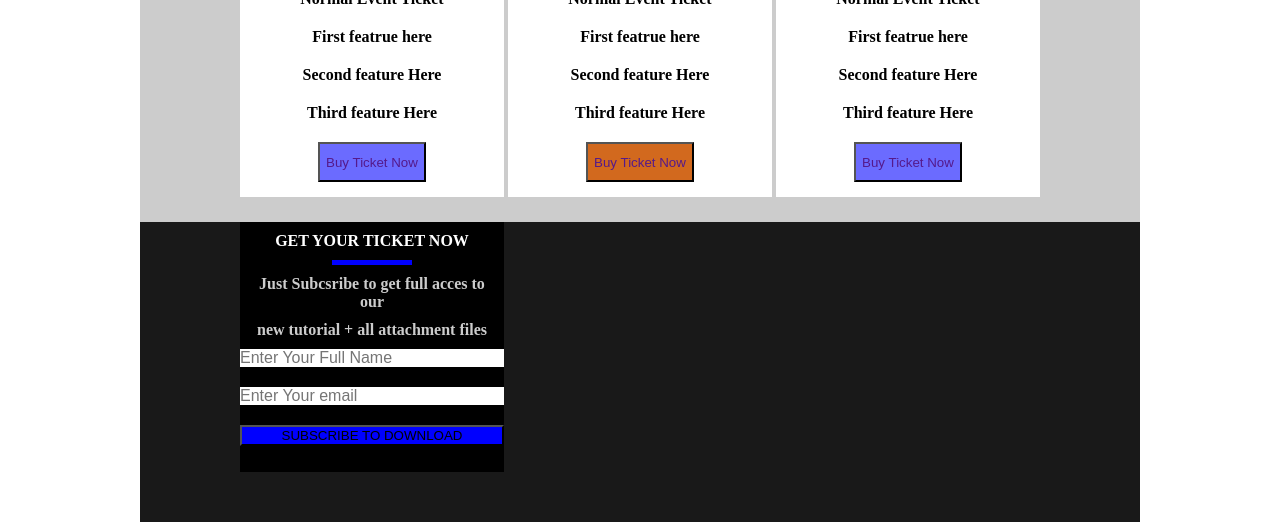
Repository: duyancol/project-ltw-nhom13
Page: page b/index.html
An editor plug-in stored every save of this project. The page is shown before and after the next save, followed by the edit.
The browser window is 1280 px wide. The pictures show the part of the page from y = 1038 to 1560 px (the page is 1560 px tall).
A picture or video elsewhere on the page could not be fetched, so the positions and the page height are approximate. Some web fonts or font styles are not loaded; a fallback is used.

Above is the page before, as saved 2021-10-18 11:36:43.

### page b/index.html
<!DOCTYPE html>
<html lang="en">
<head>
    <meta charset="utf-8">
    <title></title>
    <link rel="stylesheet" href="./fonts/themify-icons-font/themify-icons/themify-icons.css">
    <link rel="shortcut icon" href="images/favicon.ico">
    <link rel="apple-touch-icon" href="images/apple-touch-icon.png">
    <link rel="apple-touch-icon" sizes="72x72" href="images/apple-touch-icon-72x72.png">
    <link rel="apple-touch-icon" sizes="114x114" href="images/apple-touch-icon-114x114.png">
    <link rel="stylesheet" href="./style.css">
</head>
<body>
    <div class="body">
        <div class="main">
            <div class="headernavigation flex">

               <div class="headerimage"><img src="./images/main/logo.png" alt="" class="logo"></div>
               <div class="buttonimage flex">
                   <div class="buyticket">Buy tikcket</div>
               </div>
            </div>

        </div>
    </div>
    <div class="navigation flex">
        <ul>
            <li>Home</li>
            <li> word</li>
            <li>Blog</li>
            <li>Contact</li>
        </ul>
        <ul>
            <li class="icon"><i class="ti-facebook"></i></li>
            <li class="icon"><i class="ti-twitter"></i></li>
            <li class="icon"><i class="ti-instagram"></i></li>
        </ul>
    </div>
<div class="body bodyheightimage"><div class="bagroundimage">
    <div class="textback">
        <h3>Thumbel lable</h3>
        <p> du it none right here  because member always look for you</p>
    </div>

</div></div>
<div class="body1">
    <div class="main">
       <div class="family flex">
           <div class="imagefamily">
               <img src="./images/13_gym/1.jpg" alt="">
               <h4>Welcome to gym</h4>
               <p>you need to read for me</p>
               <p> because i dont want to sad for you</p>
               <button>
                   <a href="">Join Now</a>
               </button>
           </div>
           <div class="imagefamily">
            <img src="./images/13_gym/2.jpg" alt="">
            <h4>Welcome to gym</h4>
            <p>you need to read for me</p>
            <p> because i dont want to sad for you</p>
            <button>
                <a href="">Join Now</a>
            </button>
        </div>  <div class="imagefamily">
            <img src="./images/13_gym/3.jpg" alt="">
            <h4>Welcome to gym</h4>
            <p>you need to read for me</p>
            <p> because i dont want to sad for you</p>
            <button>
                <a href="">Join Now</a>
            </button>
        </div>
       </div>
    </div>
</div>
<div class="body2 bagrondbody ">
    <div class="main flex">
        <div class="thue">
            <h1>$9.99</h1>
            <h4>Normal Event Ticket</h4>
            <h4> First featrue here</h4>
            <h4> Second feature Here</h4>
            <h4> Third feature Here</h4>
            <button class="xanh"><a href="">Buy Ticket Now</a></button>
        </div>
        <div class="thue">
            <h1 class="cam1" >$14.99</h1>
            <h4>Normal Event Ticket</h4>
            <h4> First featrue here</h4>
            <h4> Second feature Here</h4>
            <h4> Third feature Here</h4>
            <button class="xanh cam"><a href="">Buy Ticket Now</a></button>
        </div><div class="thue">
            <h1>$24.99</h1>
            <h4>Normal Event Ticket</h4>
            <h4> First featrue here</h4>
            <h4> Second feature Here</h4>
            <h4> Third feature Here</h4>
            <button class="xanh"><a href="">Buy Ticket Now</a></button>
        </div>
    </div>
</div>
<div class="body2 bodyfooter">
    <div class="main">
<div class="ticket">
    <h1> GET YOUR TICKET NOW</h1>
    <div class="THEXANH"></div>
    <H3>Just Subcsribe to get full acces to our</H3>
    <H3>new tutorial + all attachment files</H3>
    <input type="text" name="" id="" placeholder="Enter Your Full Name">
    <input type="text" name="" id="" placeholder="Enter Your email">
    <button> SUBSCRIBE TO DOWNLOAD</button>

</div>
    </div>
</div>
</body>
</html>

### page b/style.css
html, input,body, div, span, applet, object, iframe,h1, h2, h3, h4, h5, h6, p{
    margin: 0;
    padding: 0;
    border: 0;
    font-size: 100%;
  }

  ol, ul,a{
    list-style: none;
  }
  li{
    display: inline-block;
  }
  .main{
    width: 800px;
    margin: auto;
    position: relative;
  }
  .body{
    width: 1000px;
    margin: auto;
    background-color: #ccc;
  }
  .flex{
    display: flex;
    justify-content: space-between;
    align-items:center;
  }
  .headernavigation{
  width:  80%;
  margin: auto;

  background-color: #ccc;
  height: 100px;

  }
  .headerimage{

  }
  .headerimage .logo{

  }
  .headernavigation .buttonimage {
    width: 12%;
    height: 40px;
    background-color: #e5ff004e;

}



  .buttonimage .buyticket{

  }
  .navigation{

    height: 40px;
    background-color: white;
    width: 705px;
    margin: auto auto 20px auto;
  }
  .navigation li{
    padding: 10px;
  }
  .navigation .icon{
    background: #00658b;
  }
  .bodyheightimage{
    position: relative;
    height: 300px;
  }
  .bodyheightimage .bagroundimage{
    background-image: url(./images/main/image-1.jpg);

    height: 80%;
    width: 83%;
    top: 30px;
    left: 86px;
    /* right: 191px; */
    position: absolute;
    background-size: cover;
  }
  .bagroundimage .textback{
    position: absolute;
    bottom: 18px;
    font-weight: 100;
    color: white;
  }
  .body1{
    width: 1000px;
    margin: auto;
    height: 500px;

  }
  .imagefamily{
    width: 33%;
    margin-top: 10%;
    text-align: center;
  }
  .imagefamily img{
    border-radius: 100px;
  }
  .imagefamily h4{
margin: 30px;
  }
  .imagefamily p{

padding-bottom: 10px;
  }
  .imagefamily button{
    background-color: orangered;
    margin-left: 35px;
    height: 40px;
  }
  button a{
    list-style: none;
    text-decoration: none;
  }
  .bagrondbody{
    background-color: #ccc;
  }
  .body2{
    width: 1000px;
    margin: auto;
    height: 300px;

  }
  .main .thue{
background-color: white;
 width: 33%;
 margin-top: 20px;
 height: 255px;
 text-align: center;
  }
  .thue h1{
margin-bottom: 20px;
color:#0000ff94 ;
padding-top: 10px;
  }
  .thue .cam1{
    color: chocolate!important;
  }
  .thue h4{
 margin-bottom: 20px;
  }
  .thue .xanh{
height: 40px;
background-color:  #0000ff94;
  }
  .thue .cam{
    background-color: chocolate!important;
  }
  .bodyfooter{
    background-color:#191919;
  }
  .main .ticket{
    position: absolute;
    width: 33%;
    background-color: black;
 height: 250px;
 text-align: center;
 margin: auto;
  }
  .ticket h1{
color: white;
margin: 10px;
  }
  .ticket h3{
color: #ccc;
margin: 10px;
  }
  .ticket input{
width: 100%;
margin-bottom: 20px;
  }
  .ticket button{
width: 100%;
background-color: blue;
  }
  .ticket .THEXANH{
    background-color: blue;
    height: 5px;
    width: 80px;
    margin: auto;
  }

Loaded but not shown: page b/fonts/themify-icons-font/themify-icons/themify-icons.css (common file)

After the next save:
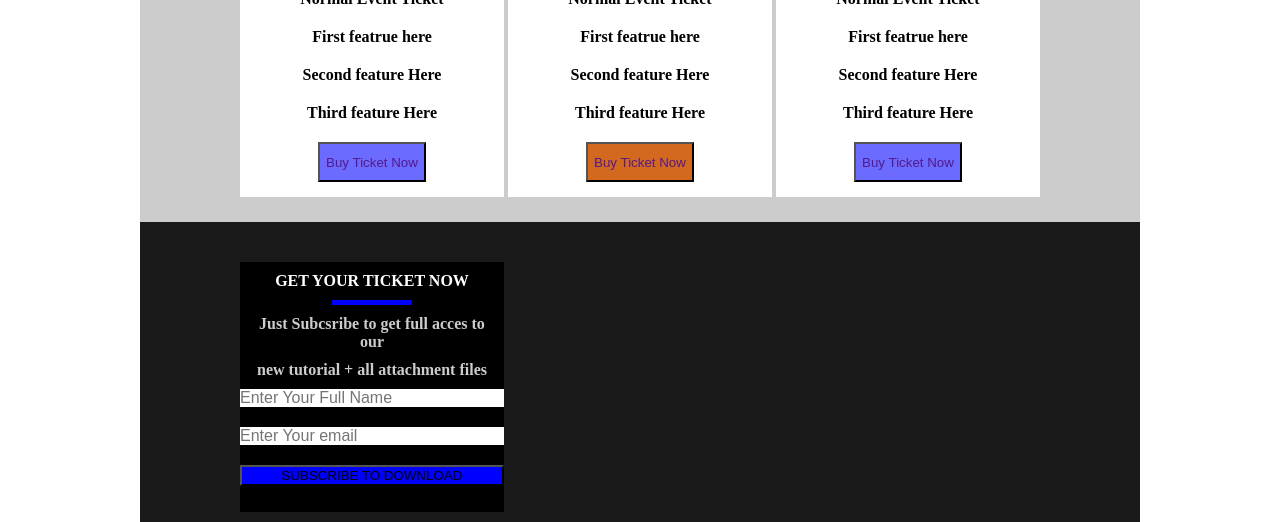
Saved 26 s later.
--- a/page b/style.css
+++ b/page b/style.css
@@ -159,7 +159,7 @@
     background-color: black;
  height: 250px;
  text-align: center;
- margin: auto;
+ top: 40px;
   }
   .ticket h1{
 color: white;
